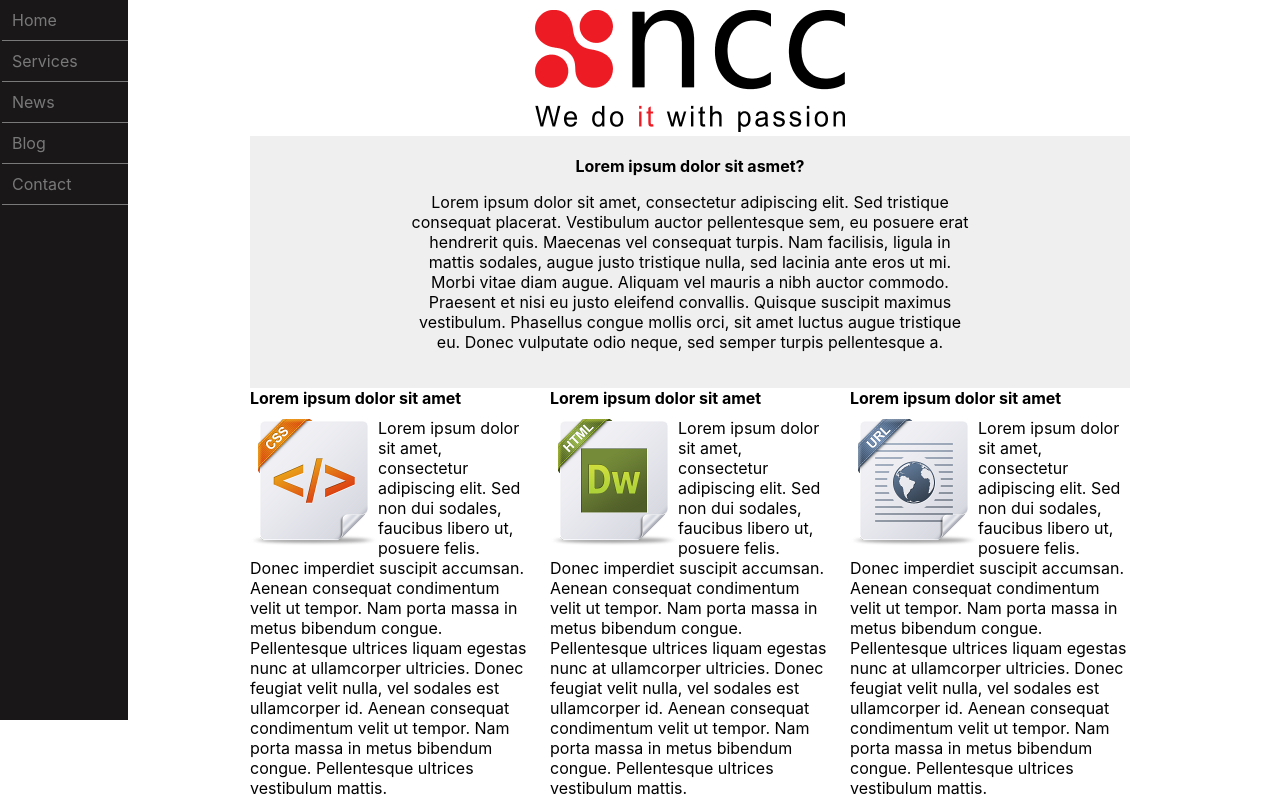
Repository: nganha241/testt
Page: /
An editor plug-in stored every save of this project. The page is shown before and after the next save, followed by the edit.
The browser window is 1280 px wide. The pictures show the whole page.
The project was rebuilt for these pictures with package versions that can differ from the ones it lists, and the page was loaded fresh each time.

Above is the page before, as saved 2023-02-28 11:44:32.

### src/App.js
import React from "react";
import Home from "./pages/Home";
import Navbar from "./pages/Navbar/Navbar";

export const App = () => {
  return (
    <div>
      <Navbar />
      <Home />
    </div>
  );
};

export default App;

### src/pages/Home.jsx
import logo from "./logoNCC.png";
import "./home.css";
import Card from "./home-card/Card";
import htmlic from "./html-icon.png";
import urlic from "./url-icon.png";
import cssic from "./css-icon.png";
const Home = () => {
  return (
    <section className="home">
      <div className="home-title">
        <img src={logo} alt="" />
      </div>
      <div className="home-content">
        <div className="content-title">Lorem ipsum dolor sit asmet?</div>
        <p>
          Lorem ipsum dolor sit amet, consectetur adipiscing elit. Sed tristique
          consequat placerat. Vestibulum auctor pellentesque sem, eu posuere
          erat hendrerit quis. Maecenas vel consequat turpis. Nam facilisis,
          ligula in mattis sodales, augue justo tristique nulla, sed lacinia
          ante eros ut mi. Morbi vitae diam augue. Aliquam vel mauris a nibh
          auctor commodo. Praesent et nisi eu justo eleifend convallis. Quisque
          suscipit maximus vestibulum. Phasellus congue mollis orci, sit amet
          luctus augue tristique eu. Donec vulputate odio neque, sed semper
          turpis pellentesque a.
        </p>
      </div>
      <div className="home-card">
        <Card icon={cssic} />
        <Card icon={htmlic} />
        <Card icon={urlic} />
      </div>
    </section>
  );
};

export default Home;

### src/pages/Navbar/Navbar.jsx
import React from "react";
import "./Navbar.css";

const Navbar = () => {
  return (
    <div className="nav">
      <ul className="nav-content">
        <li>
          <a href="#">Home</a>
        </li>
        <li>
          <a href="#">Services</a>
        </li>
        <li>
          <a href="#">News</a>
        </li>
        <li>
          <a href="#">Blog</a>
        </li>
        <li>
          <a href="#">Contact</a>
        </li>
      </ul>
    </div>
  );
};

export default Navbar;

### src/pages/home.css
.home {
  margin: 0 auto;
  padding: 10px 150px 10px 250px;
}
.home-title {
  text-align: center;
}
.home-content {
  text-align: center;
  background: #efefef;
  padding: 20px 160px;
  font-size: 16px;
}
.content-title {
  font-weight: bold;
}
.home-card {
  display: flex;
  gap: 20px;
}

### src/pages/home-card/Card.jsx
import React from "react";

import "./Card.css";

const Card = (props) => {
  const { icon } = props;
  return (
    <div className="card">
      <div className="card-title">Lorem ipsum dolor sit amet</div>
      <div className="card-content">
        <img src={icon} alt="" />
        <span className="card-text">
          Lorem ipsum dolor sit amet, consectetur adipiscing elit. Sed non dui
          sodales, faucibus libero ut, posuere felis. Donec imperdiet suscipit
          accumsan. Aenean consequat condimentum velit ut tempor. Nam porta
          massa in metus bibendum congue. Pellentesque ultrices liquam egestas
          nunc at ullamcorper ultricies. Donec feugiat velit nulla, vel sodales
          est ullamcorper id. Aenean consequat condimentum velit ut tempor. Nam
          porta massa in metus bibendum congue. Pellentesque ultrices vestibulum
          mattis.
        </span>
      </div>
    </div>
  );
};

export default Card;

### src/pages/Navbar/Navbar.css
.nav {
  position: fixed;
  top: 0;
  left: -38px;
  height: 100%;
  background: #191718;
}
.nav-content {
  margin-top: 0px;
  color: #aaaa;
}
.nav-content li {
  border-bottom: 1px solid;
  list-style-type: none;
  padding: 10px 50px 10px 10px;
}

.nav-content li:hover {
  background: #5c5c5c;
}
.nav-content li a {
  color: #aaaa;
  text-decoration: none;
}
.nav-content li:hover a:hover {
  color: #fff;
}

### src/pages/home-card/Card.css
.card-title {
  font-weight: bold;
  margin-bottom: 10px;
}
/* .card-content {
  display: flex;
} */
.card-content img {
  width: 128px;
  height: 128px;
  object-fit: cover;
  float: left;
}

.card-text {
  margin-top: 10px;
  text-align: left;
  font-size: 16px;
}

Loaded but not shown: public/index.html (common file); src/index.js (common file); src/index.css (common file)

After the next save:
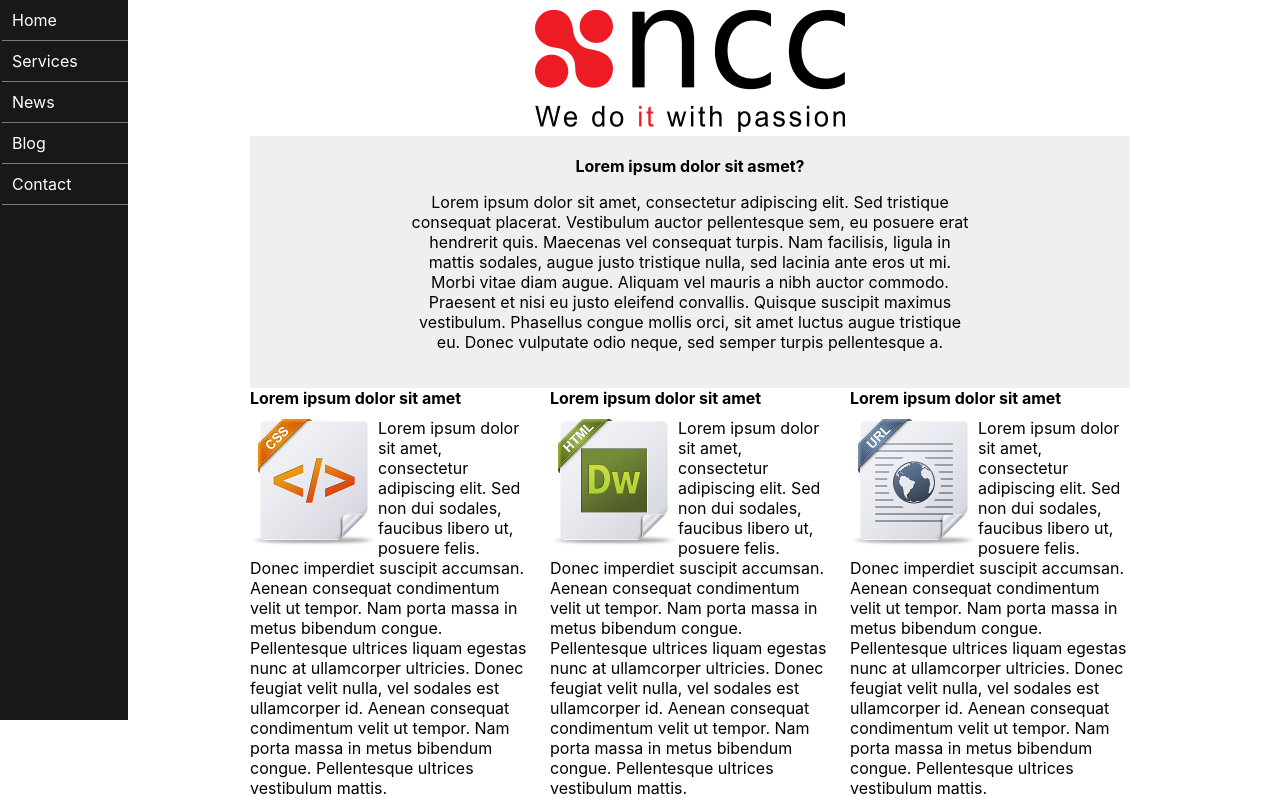
Saved 59 s later.
--- a/src/pages/Navbar/Navbar.css
+++ b/src/pages/Navbar/Navbar.css
@@ -15,6 +15,10 @@
   padding: 10px 50px 10px 10px;
 }
 
+.nav-content li :nth-of-type(1) {
+  color: #fff;
+}
+
 .nav-content li:hover {
   background: #5c5c5c;
 }
